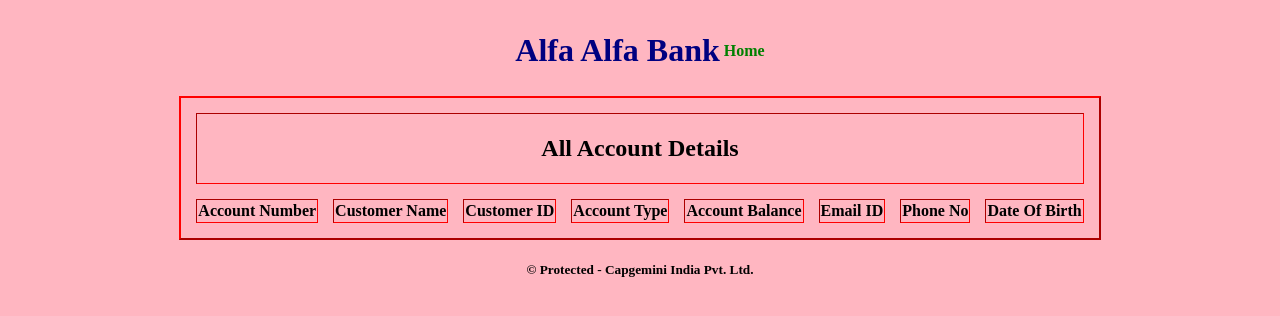
Repository: Rccalfa123/OnlineBankingApp
Page: http://localhost/AlfaAlfaBankApp/viewAllCustomers.jsp
An editor plug-in stored every save of this project. The page is shown before and after the next save, followed by the edit.
The browser window is 1280 px wide. The pictures show the whole page.
The page is served by Tomcat 9. Other server files are loaded and not shown. The template is opened directly, without the code that normally fills it, so the values that code supplies are empty.

Above is the page before, as saved 2018-08-13 07:15:32.

### AlfaAlfaBankApp/WebContent/viewAllCustomers.jsp
<%@ page language="java" contentType="text/html; charset=ISO-8859-1"
    pageEncoding="ISO-8859-1"%>
<%@taglib prefix="alfa" uri="http://java.sun.com/jsp/jstl/core"%>
<!DOCTYPE html>
<html>
<head>

<link rel="stylesheet" type="text/css" href="mystyle.css">

<meta charset="ISO-8859-1">
<title>View All Customers</title>
</head>
<body>
<jsp:include page="header.jsp"></jsp:include>

		<form action="home.jsp" method="get">

			<div>
				<table cellspacing="15" align="center" border="2">
					<tr>
						<th colspan="9" height="35"><h2>All Account Details</h2></th>
					</tr>
					<tr>
						<th height="20">Account Number</th>
						<th height="20">Customer Name</th>
						<th height="20">Customer ID</th>
						<th height="20">Account Type</th>
						<th height="20">Account Balance</th>
						<th height="20">Email ID</th>
						<th height="20">Phone No</th>
						<th height="20">Date Of Birth</th>
					</tr>

					<alfa:forEach var="BankAccounts" items="${sessionScope.BankAccounts}">
						<tr>
							<td align="center">${BankAccounts.accountNumber}</td>
							<td align="center">${BankAccounts.accountHolder.customerName}</td>
							<td align="center">${BankAccounts.accountHolder.customerId}</td>
							<td align="center">${BankAccounts.accountType}</td>
							<td align="center">${BankAccounts.accountBalance}</td>
							<td align="center">${BankAccounts.accountHolder.emailId}</td>
							<td align="center">${BankAccounts.accountHolder.contactNumber}</td>
							<td align="center">${BankAccounts.accountHolder.dateOfBirth}</td>
							<td align="center" colspan="2"><a
								href="removenew.app?bookId=${booksInCart.bookObject.bookId}"> Update </a></td>
						</tr>
					</alfa:forEach>
				</table>
			</div>

		</form>
	<jsp:include page="footer.html"></jsp:include>

</body>
</html>

### AlfaAlfaBankApp/WebContent/header.jsp
<%@taglib prefix="jstl" uri="http://java.sun.com/jsp/jstl/core" %>
<div align="center">
 <table>
 <tr> <th><h1>Alfa Alfa Bank</h1> </th>
    <th align="right"> <a href="home.jsp">Home</a></th><tr>
</table>
</div>

### AlfaAlfaBankApp/WebContent/footer.html
<div align="center">
<h5>&copy; Protected - Capgemini India Pvt. Ltd.</h5>
</div>

### AlfaAlfaBankApp/WebContent/mystyle.css
@charset "ISO-8859-1";

body {
    background-color: lightpink;
}

h1 {
    color: navy;
}

td{

 font-family: sans-serif;

}

table {
	border-color: red;
	border-right: 2px 2px 2px 2px ;
}

a{
	text-decoration: none;
	color: green;
}

After the next save:
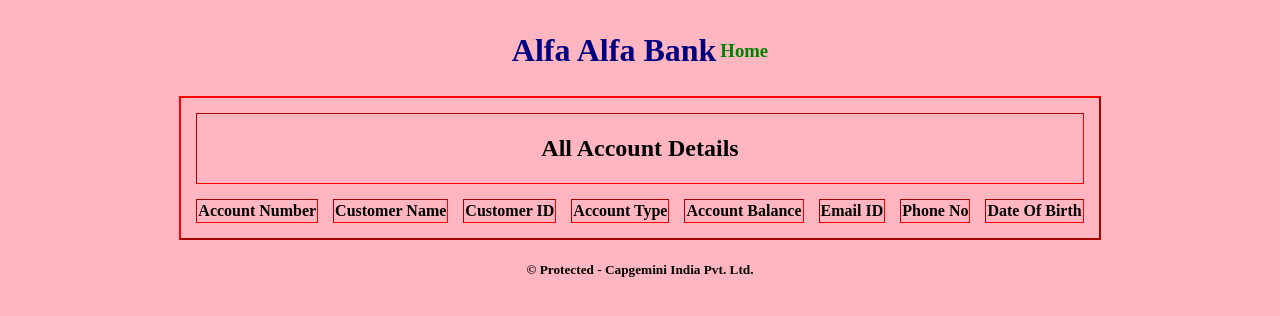
Saved 23 s later.
--- a/AlfaAlfaBankApp/WebContent/header.jsp
+++ b/AlfaAlfaBankApp/WebContent/header.jsp
@@ -2,6 +2,6 @@
 <div align="center">
  <table>
  <tr> <th><h1>Alfa Alfa Bank</h1> </th>
-    <th align="right"> <a href="home.jsp">Home</a></th><tr>
+    <th align="right"><h3> <a href="home.jsp">Home</a> </h3></th><tr>
 </table>
 </div>
